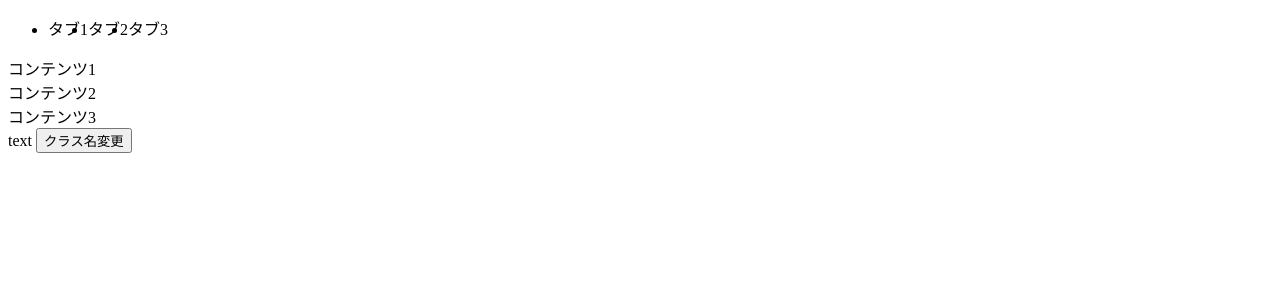
Repository: masanarimiura/20220617_miura
Page: index.html
These files come from the project's save history. The page is drawn as it stood at one moment and after the next save; the edit follows.
The browser window is 1280 px wide. The pictures show the whole page.

Above is the page before, as saved 2022-06-17 17:07:20.

After the next save:
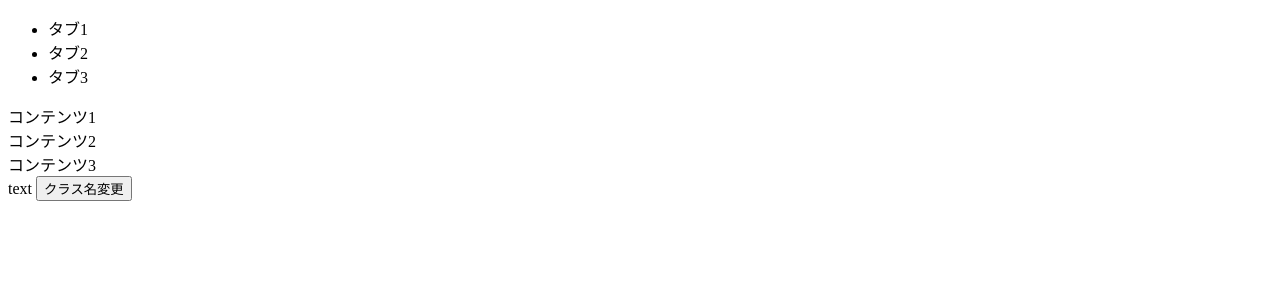
Saved 8 s later.
--- a/index.html
+++ b/index.html
@@ -44,12 +44,7 @@
     });
   </script>
   <style>
-    .bigFont {
-      font-size: 200px;
-    }
-    .tab-menu {
-  display: flex;
-}
+
   </style>
   </body>
 
